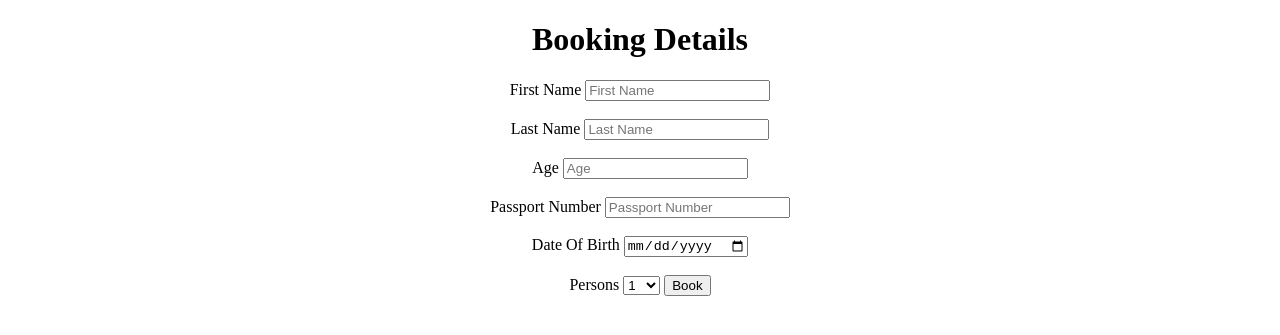
Repository: kalpesh3070/backend2
Page: flyaway/src/main/webapp/Ticket_booking.html
An editor plug-in stored every save of this project. The page is shown before and after a run of saves, followed by the edit.
The browser window is 1280 px wide. The pictures show the whole page.

Above is the page before, as saved 2022-11-11 15:55:18.

After the next 2 saves:
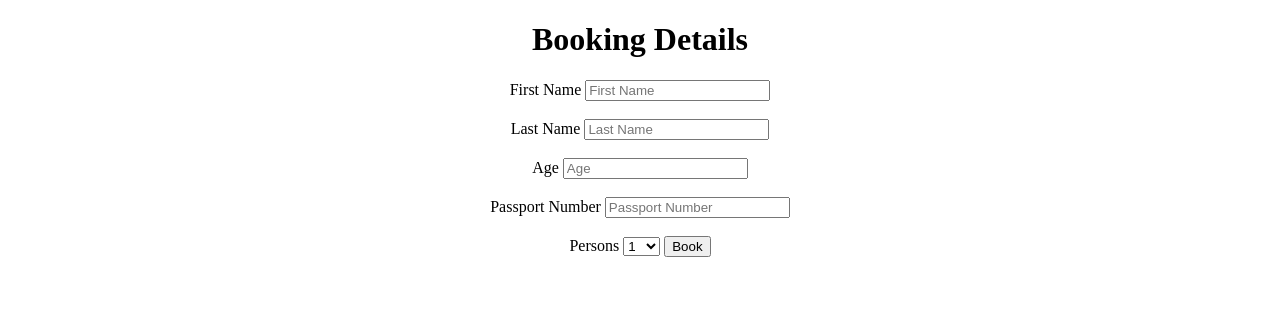
The 2 saves are shown as one change because 1 did not build or start.
The last was saved 4 min 35 s later.
--- a/flyaway/src/main/webapp/Ticket_booking.html
+++ b/flyaway/src/main/webapp/Ticket_booking.html
@@ -16,8 +16,7 @@
 <input type="text" name="age" placeholder="Age" size="20"><br><br>
 <label>Passport Number</label>
 <input type="text" name="passport number" placeholder="Passport Number" size="20"><br><br>
-<label>Date Of Birth</label>
-<input type="date" name="dob"size="20"><br><br>
+
 <label>Persons</label>
 <select name ="Options" >
 <option value="1">1</option>
